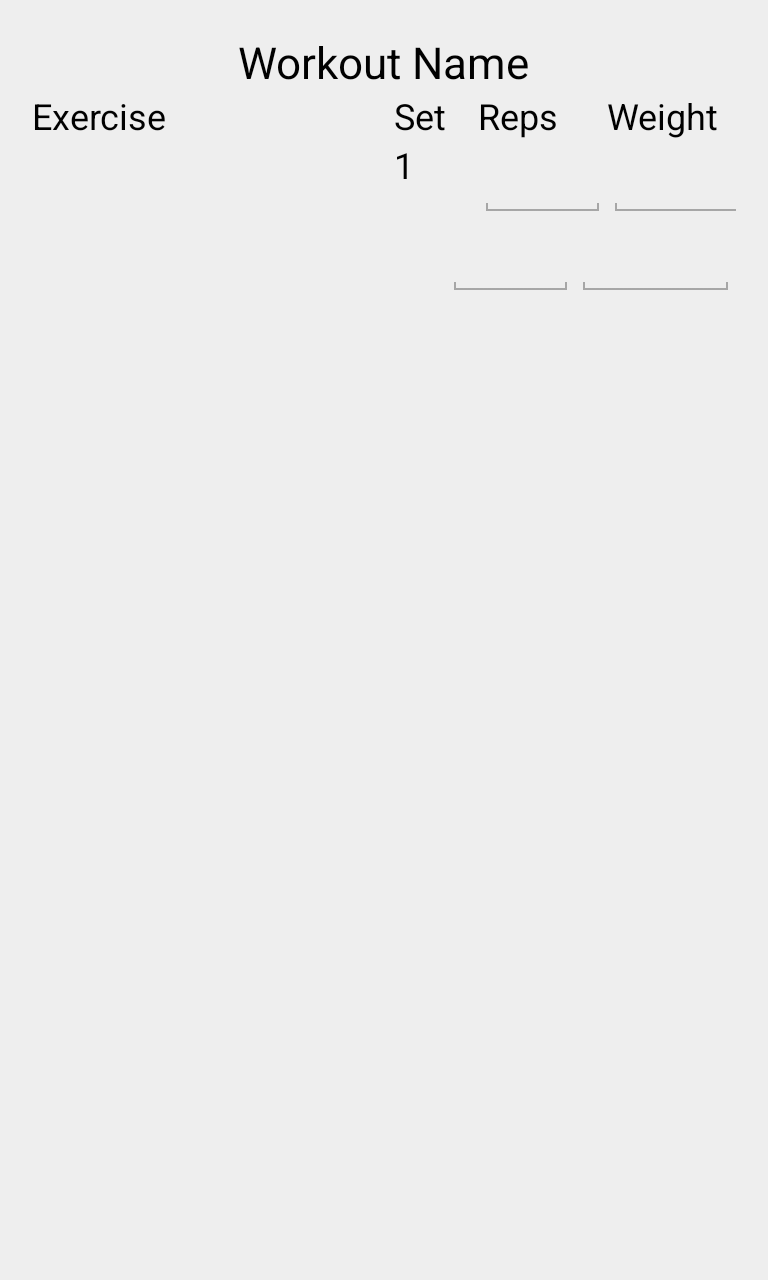
Repository: jmcdon09/EZWorkout
Layout: EzTrain/EzTrain/res/layout/activity_active_workout.xml
An editor plug-in stored every save of this project. The layout is shown before and after the next save, followed by the edit.
It is drawn on a 768 x 1280 px phone screen (xhdpi) without system bars, with theme AppTheme; the app's code is not run.

Above is the layout before, as saved 2014-03-30 14:18:06.

### EzTrain/EzTrain/res/layout/activity_active_workout.xml
<LinearLayout xmlns:android="http://schemas.android.com/apk/res/android"
    xmlns:tools="http://schemas.android.com/tools"
    android:id="@+id/LinearLayout1"
    android:layout_width="match_parent"
    android:layout_height="match_parent"
    android:orientation="vertical"
    android:background="@color/background"
    android:paddingBottom="@dimen/activity_vertical_margin"
    android:paddingLeft="@dimen/activity_horizontal_margin"
    android:paddingRight="@dimen/activity_horizontal_margin"
    android:paddingTop="@dimen/activity_vertical_margin"
    tools:context=".ActiveWorkout" >

        <TextView
            android:id="@+id/active_workout"
            android:layout_width="wrap_content"
            android:layout_height="wrap_content"
            android:layout_gravity="center"
            android:text="@string/workout_name"
            android:textAppearance="?android:attr/textAppearanceLarge" />

        <TableLayout
            android:layout_width="match_parent"
            android:layout_height="wrap_content" >

            <TableRow
                android:id="@+id/tableRow1"
                android:layout_width="wrap_content"
                android:layout_height="wrap_content"
                android:weightSum="100" >

                <TextView android:id="@+id/exercise"
                    android:layout_width="fill_parent"
                    android:layout_height="wrap_content"
                    android:layout_weight="70"
                    android:text="Exercise"
                    android:textAppearance="?android:attr/textAppearanceMedium" />

                <TextView android:id="@+id/set"
                    android:layout_width="fill_parent"
                    android:layout_height="fill_parent"
                    android:layout_weight="10"
                    android:text="Set"
                    android:textAppearance="?android:attr/textAppearanceMedium" />

                <TextView android:id="@+id/rep"
                    android:layout_width="fill_parent"
                    android:layout_height="wrap_content"
                    android:layout_weight="15"
                    android:text="Reps"
                    android:textAppearance="?android:attr/textAppearanceMedium" />

                <TextView android:id="@+id/weight"
                    android:layout_width="fill_parent"
                    android:layout_height="fill_parent"
                    android:layout_weight="15"
                    android:text="Weight"
                    android:textAppearance="?android:attr/textAppearanceMedium" />

            </TableRow>

            <TableRow
                android:id="@+id/tableRow2"
                android:layout_width="wrap_content"
                android:layout_height="wrap_content"
                android:weightSum="100" >

                <TextView android:id="@+id/exercise1"
                    android:layout_width="fill_parent"
                    android:layout_height="wrap_content"
                    android:layout_weight="70"
                    android:textAppearance="?android:attr/textAppearanceMedium" />

                <TextView android:id="@+id/set1"
                    android:layout_width="fill_parent"
                    android:layout_height="fill_parent"
                    android:layout_weight="10"
                    android:text="1"
                    android:textAppearance="?android:attr/textAppearanceMedium" />

                <EditText android:id="@+id/rep1"
                    android:layout_width="fill_parent"
                    android:layout_height="wrap_content"
                    android:layout_weight="15"
                    android:inputType="number" />

                <EditText android:id="@+id/weight1"
                    android:layout_width="fill_parent"
                    android:layout_height="fill_parent"
                    android:layout_weight="15"
                    android:inputType="number"/>
            </TableRow>

            <TableRow
                android:id="@+id/tableRow3"
                android:layout_width="wrap_content"
                android:layout_height="wrap_content" >

                <TextView android:id="@+id/exercise2"
                    android:layout_width="fill_parent"
                    android:layout_height="wrap_content"
                    android:layout_weight="60" />

                <TextView android:id="@+id/set2"
                    android:layout_width="fill_parent"
                    android:layout_height="fill_parent"
                    android:layout_weight="10" />

                <EditText android:id="@+id/rep2"
                    android:layout_width="fill_parent"
                    android:layout_height="wrap_content"
                    android:layout_weight="15"
                    android:inputType="number" />

                <EditText android:id="@+id/weight3"
                    android:layout_width="fill_parent"
                    android:layout_height="fill_parent"
                    android:layout_weight="15"
                    android:inputType="number"/>

            </TableRow>

            <TableRow
                android:id="@+id/tableRow4"
                android:layout_width="wrap_content"
                android:layout_height="wrap_content" >
            </TableRow>
        </TableLayout>

</LinearLayout>

### EzTrain/EzTrain/res/values-v11/styles.xml
<?xml version="1.0" encoding="utf-8"?>
<resources>

    <!--
        Base application theme for API 11+. This theme completely replaces
        AppBaseTheme from res/values/styles.xml on API 11+ devices.
    -->
    <style name="AppBaseTheme" parent="android:Theme.Holo.Light">
        <!-- API 11 theme customizations can go here. -->
    </style>

    <style name="FullscreenTheme" parent="android:Theme.Holo">
        <item name="android:actionBarStyle">@style/FullscreenActionBarStyle</item>
        <item name="android:windowActionBarOverlay">true</item>
        <item name="android:windowBackground">@null</item>
        <item name="buttonBarStyle">?android:attr/buttonBarStyle</item>
        <item name="buttonBarButtonStyle">?android:attr/buttonBarButtonStyle</item>
    </style>

    <style name="FullscreenActionBarStyle" parent="android:Widget.Holo.Light.ActionBar">
        <item name="android:background">@color/action_bar_background</item>
        <item name="android:actionMenuTextColor">@color/black_overlay</item>
    </style>

</resources>

### EzTrain/EzTrain/res/values-v14/styles.xml
<resources xmlns:android="http://schemas.android.com/apk/res/android">

    <!--
        Base application theme for API 14+. This theme completely replaces
        AppBaseTheme from BOTH res/values/styles.xml and
        res/values-v11/styles.xml on API 14+ devices.
    -->
    <style name="AppBaseTheme" parent="@android:style/Theme.Holo.Light.DarkActionBar">
        <!-- API 14 theme customizations can go here. -->
        <item name="android:actionBarStyle">@style/MyActionBar</item>


    </style>

    <style name="MyActionBar" parent="@android:style/Widget.Holo.Light.ActionBar">
        <item name="android:background">@color/action_bar_background</item>
        <item name="android:titleTextStyle">@style/MyActionBarTitle</item>
    </style>

	<style name="MyActionBarTitle" parent="@android:style/TextAppearance.Holo.Widget.ActionBar.Title">
	    <item name="android:textColor">@color/title</item>

	</style>

	<style name="LargeTableText">
	    <item name="android:textAppearance">?android:attr/textAppearanceSmall</item>
	</style>



</resources>

### EzTrain/EzTrain/res/values/colors.xml
<resources>

    <color name="action_bar_background">#4db6af</color>
    <color name="black_overlay">#66000000</color>
    <color name="background">#eee</color>
    <color name="font">#444</color>
    <color name="accent">#ccc</color>
    <color name="title">#FFF</color>

</resources>

### EzTrain/EzTrain/res/values/strings.xml
<?xml version="1.0" encoding="utf-8"?>
<resources>

    <string name="app_name">EZWorkout</string>

    <string-array name="muscle_groups">
        <item>Arms</item>
        <item>Abdominals</item>
        <item>Chest</item>
        <item>Back</item>
        <item>Legs</item>
        <item>Shoulders</item>
    </string-array>

    <string-array name="my_workouts">
        <item>Biceps</item>
        <item>Major Chest Workout</item>
        <item>Leg Destroyer</item>
        <item>Ab Crusher</item>
    </string-array>

    <string-array name="chest">
        <item>Benchpress</item>
        <item>Butterflys</item>
        <item>Push Ups</item>
        <item>Iron Cross</item>
        <item>Decline Dumbell Press</item>
        <item></item>
    </string-array>

    <string-array name="arms">
        <item>Bicep Curls</item>
        <item>Spider Curls</item>
        <item>Tricep Dips</item>
        <item>Skullcrushers</item>
        <item>French Press</item>
    </string-array>

    <string-array name="shoudlers">
        <item>Shoulder Abduction</item>
        <item>Military Press</item>
    </string-array>

    <string-array name="abdominals">
        <item>Crunches</item>
        <item>Russian Twists</item>
        <item>Sit-ups</item>
        <item>Toe Touches</item>
    </string-array>

    <string-array name="legs">
        <item>One Legged Squats</item>
        <item>Romanian Deadlifts</item>
        <item>Trap Bar Deadlifts</item>
        <item>Box Jumps</item>
    </string-array>

    <string-array name="back">
        <item>Standing Good Mornings</item>
        <item>Seated Good Mornings</item>
        <item>Reverse Hypers</item>
        <item>Chin Ups</item>
    </string-array>

    <string name="workout_now">Start Workout</string>
    <string name="progress">My Progress</string>
    <string name="design_work">Design Workout</string>
    <string name="title_activity_start_workout">Start Workout</string>
    <string name="title_activity_my_progress">My Progress</string>
    <string name="title_activity_design_workout">Design Workout</string>
    <string name="title_activity_add_exercises">Add Exercises</string>
    <string name="title_activity_create_exercise">Create Exercise</string>
    <string name="title_activity_preview_workout">Preview Workout</string>
    <string name="title_activity_my_workouts">My Workouts</string>
    <string name="title_activity_workout">Workout</string>
    <string name="title_activity_active_workout">Active Workout</string>
    <string name="workout_name">Workout Name</string>
    <string name="return_workout"></string>
    <string name="action_settings">Action Settings</string>
    <string name="add_exercise_to_workout">Add Exercises to </string>
    <string name="add_exercise">Add Exercise</string>
    <string name="begin_design">Start Design</string>
    <string name="create_exercise">Create Exercise</string>
    <string name="muscle_group">Muscle Group</string>
    <string name="workout_description">Workout Description</string>
    <string name="my_workouts">My Workouts</string>
    <string name="start_workout">Start Workout</string>
    <string name="browse_workouts">Browse Workouts</string>
    <string name="exercise_name">Exercise Name</string>
    <string name="rep_hint">Rep hint goes here</string>
    <string name="action_home">Home</string>
    <string name="exercise1">Bench press </string>
    <string name="set1">4</string>
    <string name="rep1">8#821112</string>
    <string name="hello_world">Hello world!</string>
    <string name="preview_workout">Preview Workout</string>
    <string name="title_activity_preview_design">Preview Design</string>
    <string name="exercise">Exercise</string>
    <string name="sets">Sets</string>
    <string name="reps">Reps</string>
    <string name="weight">Weight</string>
    <string name="error_design_fill_sections">Fill out all sections before clicking Add Exercise!</string>
    <string name="error_empty_preview">Need at least one exercise added before preview!</string>
    <string name="save_workout">Save Workout</string>



</resources>

Loaded but not shown: EzTrain/EzTrain/res/values/styles.xml (common file); EzTrain/EzTrain/res/values/dimens.xml (common file)

After the next save:
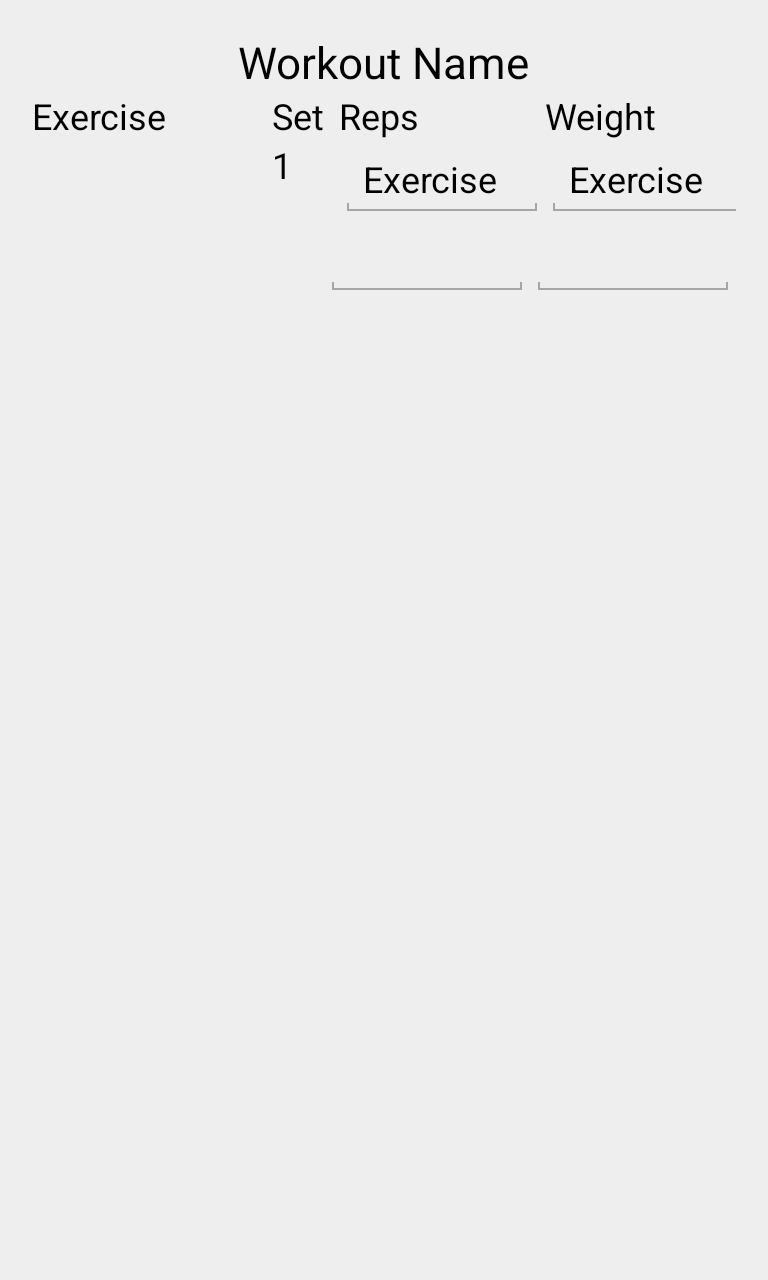
Saved 29 s later.
--- a/EzTrain/EzTrain/res/layout/activity_active_workout.xml
+++ b/EzTrain/EzTrain/res/layout/activity_active_workout.xml
@@ -82,13 +82,17 @@
                     android:layout_width="fill_parent"
                     android:layout_height="wrap_content"
                     android:layout_weight="15"
-                    android:inputType="number" />
+                    android:inputType="number"
+                    android:text="Exercise"
+                    android:textAppearance="?android:attr/textAppearanceMedium" />
 
                 <EditText android:id="@+id/weight1"
                     android:layout_width="fill_parent"
                     android:layout_height="fill_parent"
                     android:layout_weight="15"
-                    android:inputType="number"/>
+                    android:inputType="number"
+                    android:text="Exercise"
+                    android:textAppearance="?android:attr/textAppearanceMedium"/>
             </TableRow>
 
             <TableRow
